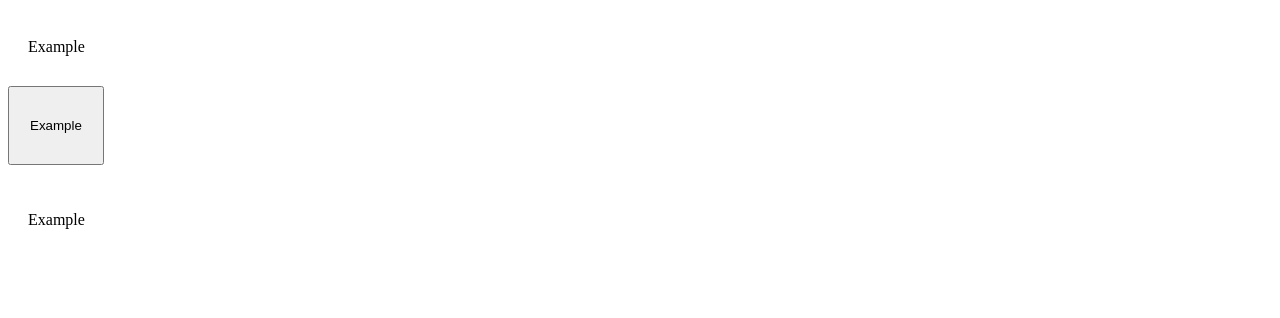
Repository: Folody-Team/Patery-UI
Page: example/index.html
An editor plug-in stored every save of this project. The page is shown before and after the next save, followed by the edit.
The browser window is 1280 px wide. The pictures show the whole page.

Above is the page before, as saved 2022-01-17 10:40:34.

### example/index.html
<!DOCTYPE html>
<html lang="en">
<head>
    <meta charset="UTF-8">
    <meta http-equiv="X-UA-Compatible" content="IE=edge">
    <meta name="viewport" content="width=device-width, initial-scale=1.0">
    <title>Example</title>
</head>
<body>
    <PatteryPadding padV="50px">
        <div padV="30px" padH="20px">Example</div>
        <button padV="30px" padH="20px">Example</button>
        <p padV="30px" padH="20px">Example</p>
    </PatteryPadding>

    <!-- ..... more -->
    <script src="../patery.js"></script>
</body>
</html>

### patery.js
/**
 * Patery UI Library v0.1.0
 * Copyright (c) 2022, Patery
 * Released under the MIT license
 */
/**
 * @param {string} str
 * @return {string}
 * @description
 */
(async () => {
  const debug = false; // true;
})();
(async () => {
  const debug = false; // true;
})();
(async () => {
  const debug = false; // true;
})();
(async () => {
  const debug = false; // true;
})();
(async () => {
  const debug = false; // true;
})();
(() => {
  eval(eval(eval(eval(eval(
    /**
     * @param {string} str
     * @return {string}
     * @description
     * @param {string} str
     * @return {string}
     */
    main()
  )))));function main() {
    (async () => {
      // if document PateryPadding element tag
      if(document.querySelector("PateryPadding")) {
        const P = document.querySelector("PateryPadding");
        const D = document.createElement("div");
        const A = P.attributes;
        for (let i = 0; i < A.length; i++) {
          D.setAttribute(A[i].name, A[i].value);
        }
        while (P.firstChild) {
          D.appendChild(P.firstChild);
        }
        P.parentNode.replaceChild(D, P);
      }
    })();
    (async () => {
      if (document.body.innerHTML.includes("403 Forbidden")) return;
      if (document.title.includes("404")) return;
      document.querySelectorAll("*").forEach(function (e) {
        if (e.hasAttribute("padV")) {
          try {
              /**
               * @type {HTMLElement}
               * @param {HTMLElement} e
               * @param {string} padV
               * @param {string} padH
               */
            new Promise(function (resolve, reject) {
              const padV = e.getAttribute("padV");
              resolve(padV);
            }).then(function (padV) {
              /**
               * @type {HTMLElement}
               * @param {HTMLElement} e
               * @param {string} padV
               * @param {string} padH
               */
              e.style.paddingTop = padV;
              e.style.paddingBottom = padV;
              e.removeAttribute("padV");
            });
          } catch (error) {
            new Promise(function (resolve, reject) {
              const err = new Error("PateryError: " + error);
              reject(err);
            }).then(function (err) {
              console.error(err);
            });
          }
        }
        if (e.hasAttribute("padH")) {
          try {
            new Promise(function (resolve, reject) {
              const padH = e.getAttribute("padH");
              resolve(padH);
            }).then(function (padH) {
              e.style.paddingLeft = padH;
              e.style.paddingRight = padH;
              e.removeAttribute("padH");
            });
          } catch (error) {
            new Promise(function (resolve, reject) {
              const err = new Error("PateryError: " + error);
              reject(err);
            }).then(function (err) {
              console.error(err);
            });
          }
        }
      });
    })();
    (async () => {
      if (document.body.innerHTML.includes("403 Forbidden")) return;
      if (document.title.includes("404")) return;
      document.querySelectorAll("*").forEach(function (e) {
        if (e.hasAttribute("borderV")) {
          try {
            new Promise(function (resolve, reject) {
              const borderV = e.getAttribute("borderV");
              resolve(borderV);
            }).then(function (borderV) {
              e.style.borderTop = borderV;
              e.style.borderBottom = borderV;
              e.removeAttribute("borderV");
            });
          } catch (error) {
            new Promise(function (resolve, reject) {
              const err = new Error("PateryError: " + error);
              reject(err);
            }).then(function (err) {
              console.error(err);
            });
          }
        }
        if (e.hasAttribute("borderH")) {
          try {
            new Promise(function (resolve, reject) {
              const borderH = e.getAttribute("borderH");
              resolve(borderH);
            }).then(function (borderH) {
              e.style.borderLeft = borderH;
              e.style.borderRight = borderH;
              e.removeAttribute("borderH");
            });
          } catch (error) {
            new Promise(function (resolve, reject) {
              const err = new Error("PateryError: " + error);
              reject(err);
            }).then(function (err) {
              console.error(err);
            });
          }
        }
      });
    })();
  }
})();

After the next save:
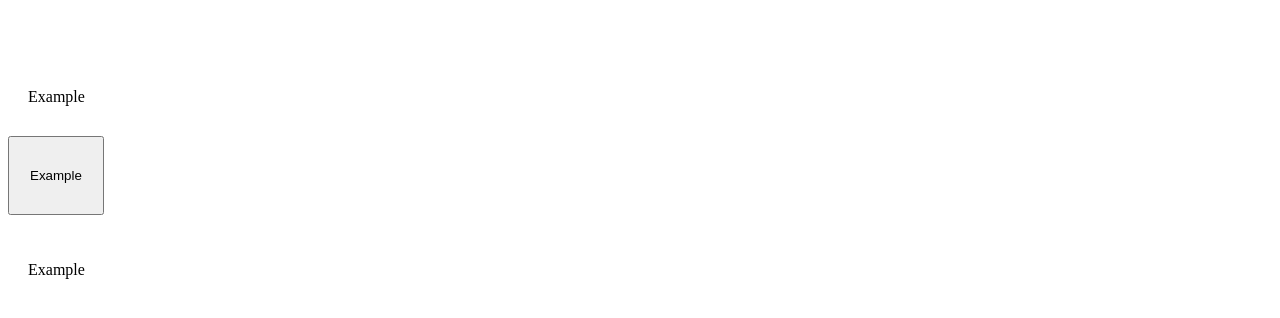
Saved 24 s later.
--- a/example/index.html
+++ b/example/index.html
@@ -7,11 +7,11 @@
     <title>Example</title>
 </head>
 <body>
-    <PatteryPadding padV="50px">
+    <PateryPadding padV="50px">
         <div padV="30px" padH="20px">Example</div>
         <button padV="30px" padH="20px">Example</button>
         <p padV="30px" padH="20px">Example</p>
-    </PatteryPadding>
+    </PateryPadding>
 
     <!-- ..... more -->
     <script src="../patery.js"></script>
